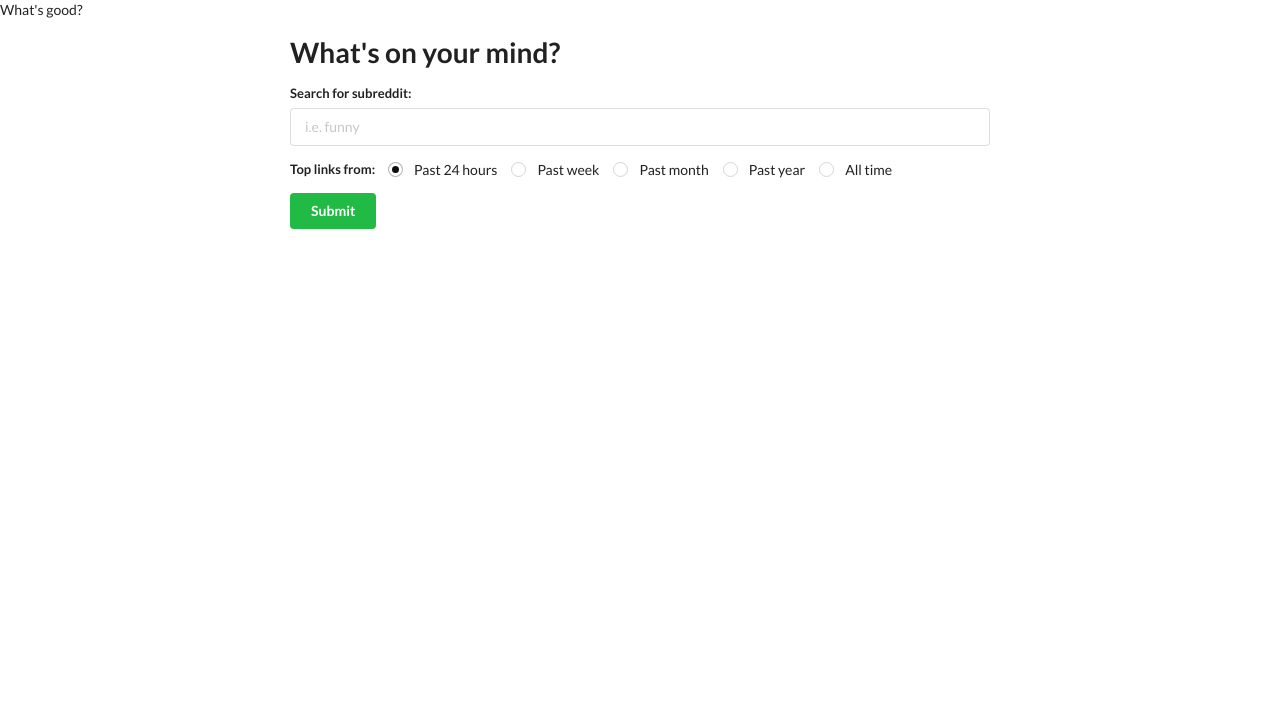
Repository: nikdmello/best-of-reddit-webapp
Page: http://localhost/
The author's editor kept a record of every edit. The page is drawn from the files as they stood at one moment, then again after the next edit.
The browser window is 1280 px wide. The pictures show the whole page.
Some web libraries are served in a nearby version. The page is served by the project's Node server (app.js).

Above is the page before.

### views/search.ejs
<%- include("partials/header") %>

<div class="ui main text container">
  <h1>What's on your mind?</h1>

  <form action="/results" method="GET">
    <div class="ui form">
      <div class="field">
        <label>Search for subreddit:</label>
        <input type="text" name="search" placeholder="i.e. funny">
      </div>

      <div class="inline fields">
    <label>Top links from: </label>
    <div class="field">
      <div class="ui radio checkbox">
        <input type="radio" name="frequency" checked="checked" value="day">
        <label>Past 24 hours</label>
      </div>
    </div>
    <div class="field">
      <div class="ui radio checkbox">
        <input type="radio" name="frequency" value="week">
        <label>Past week</label>
      </div>
    </div>
    <div class="field">
      <div class="ui radio checkbox">
        <input type="radio" name="frequency" value="month">
        <label>Past month</label>
      </div>
    </div>
    <div class="field">
      <div class="ui radio checkbox">
        <input type="radio" name="frequency" value="year">
        <label>Past year</label>
      </div>
    </div>
    <div class="field">
      <div class="ui radio checkbox">
        <input type="radio" name="frequency" value="all">
        <label>All time</label>
      </div>
    </div>
  </div>

      <div class="field"><button class="positive ui button">Submit</button></div>
    </div>
  </form>

### views/partials/header.ejs
<html>
    <head>
        <title>Reddit API</title>
        <link rel="stylesheet" type="text/css" href="https://cdnjs.cloudflare.com/ajax/libs/semantic-ui/2.4.1/semantic.css">
    </head>
    <body>
        <p>What's good?</p>
    </body>
</html>

### app.js
const express = require("express");
var app = express();
const request = require('request');

const port = process.env.PORT;

app.set("view engine", "ejs");

app.get("/", (req, res) => {
  res.render("search");
});

app.get("/results", (req, res) => {
  var subreddit = req.query.search; // search is name of text field
  var time = req.query.frequency;
  var url = 'https://old.reddit.com/r/' + subreddit + '/top/.json?sort=top&t=' + time;
  // var url = 'https://old.reddit.com/r/neu/top/.json?sort=top&t=year'
  request(url, function (error, response, body) {
  if (!error && response.statusCode == 200) {
    var data = JSON.parse(body);
    res.render("results", {data: data}); //Renders results.ejs
  }
});
});

app.listen(port, () => {
  console.log(`running at port ${port}`);
});

After the next edit:
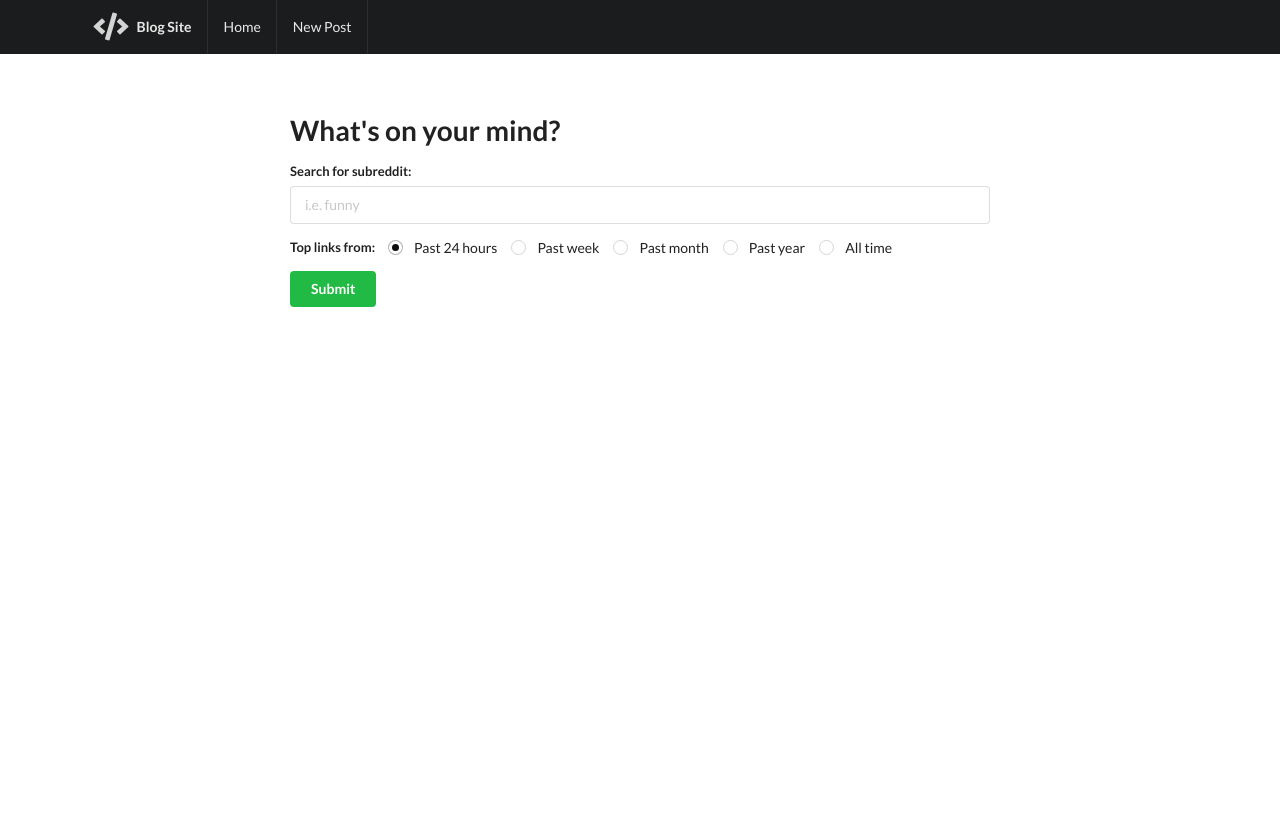
The edit:
--- a/views/partials/header.ejs
+++ b/views/partials/header.ejs
@@ -1,9 +1,39 @@
 <html>
     <head>
-        <title>Reddit API</title>
-        <link rel="stylesheet" type="text/css" href="https://cdnjs.cloudflare.com/ajax/libs/semantic-ui/2.4.1/semantic.css">
+        <title>The Best of Reddit</title>
+        <link href='https://fonts.googleapis.com/css?family=Source+Sans+Pro:400,700' rel='stylesheet' type='text/css'>
+        <link rel="stylesheet" type="text/css" href="https://cdnjs.cloudflare.com/ajax/libs/semantic-ui/2.1.4/semantic.min.css">
+        <style type="text/css">
+          body {
+            background-color: #FFFFFF;
+          }
+          .ui.menu .item img.logo {
+            margin-right: 1.5em;
+          }
+          .main.container {
+            margin-top: 7em;
+          }
+          .wireframe {
+            margin-top: 2em;
+          }
+          .ui.footer.segment {
+            margin: 5em 0em 0em;
+            padding: 5em 0em;
+          }
+          i.icon {
+            font-size: 2em;
+          }
+        </style>
     </head>
     <body>
-        <p>What's good?</p>
-    </body>
-</html>
+
+  <div class="ui fixed inverted menu">
+    <div class="ui container">
+      <div href="#" class="header item">
+        <i class="code icon"></i>
+        Blog Site
+      </div>
+      <a href="/" class="item">Home</a>
+      <a href="/blogs/new" class="item">New Post</a>
+    </div>
+  </div>
